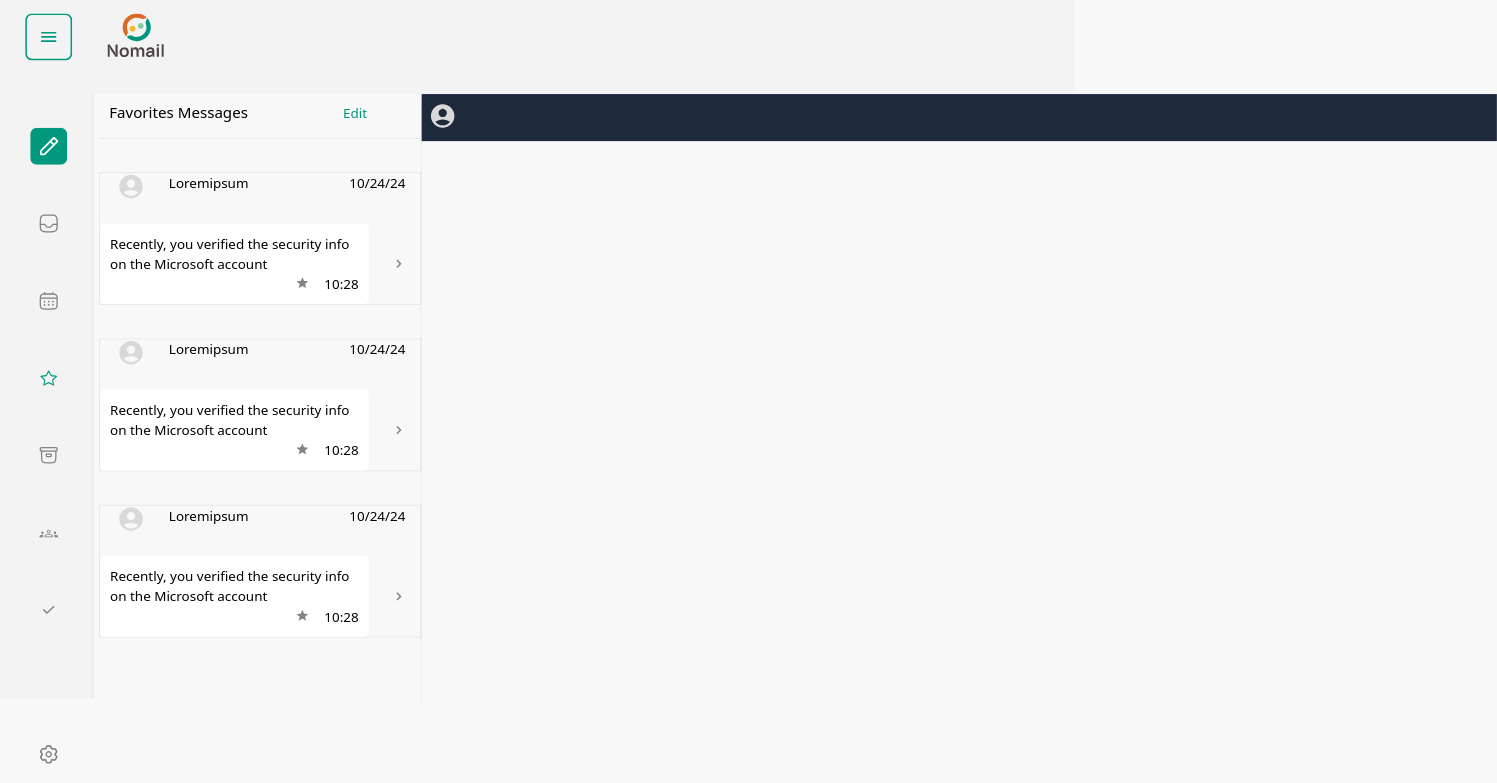
Repository: Tofigkh1/Nomail-Project
Page: /favorites (app in client/)
An editor plug-in stored every save of this project. The page is shown before and after a run of saves, followed by the edit.
The browser window is 1280 px wide. The page is 1782 px wide, so the pictures cover 1782 px, including what lies to the right of the window. The pictures show the whole page, at 84% of full size.
The project was rebuilt for these pictures with package versions that can differ from the ones it lists, and the page was loaded fresh each time. The framework's server and built-in components were replaced by stand-ins that run in the browser. Also part of the build but not shown: client/next.config.mjs, client/components/shared/svg/FavoritesSvg.jsx, client/components/shared/svg/calendarActiveSvg.jsx, client/components/shared/client/CheckBox/index.tsx.

Above is the page before, as saved 2024-11-22 02:57:58.

### client/app/layout.tsx

import type { Metadata } from "next";
import localFont from "next/font/local";
import "./Styles/globals.css";


const geistSans = localFont({
  src: "./fonts/GeistVF.woff",
  variable: "--font-geist-sans",
  weight: "100 900",
});
const geistMono = localFont({
  src: "./fonts/GeistMonoVF.woff",
  variable: "--font-geist-mono",
  weight: "100 900",
});

export const metadata: Metadata = {
  title: "Create Next App",
  description: "Generated by create next app",
};

export default function RootLayout({
  children,
}: Readonly<{
  children: React.ReactNode;
}>) {
  return (
    <html lang="en">
      <body
        className={`${geistSans.variable} ${geistMono.variable} antialiased`}
      >
        {children}

      </body>
    </html>
  );
}

### client/app/Styles/globals.css
@tailwind base;
@tailwind components;
@tailwind utilities;

body{
  background-color: #f8f8f8;
}

.App {
  font-family: sans-serif;
  text-align: center;
}


:root {
  --background: #ffffff;
  --foreground: #171717;
}

@media (prefers-color-scheme: dark) {
  :root {
    --background: #0a0a0a;
    --foreground: #ededed;
  }
}


@layer utilities {
  .text-balance {
    text-wrap: balance;
  }
}

### client/components/shared/client/Header/header.tsx
'use client';
import { useContext } from "react";
import { SidebarContext } from '../SideBarMenu/sideBarMenu'; // Import context
import NomailLogo from "@/components/shared/svg/headerlLogoSvg";
import HamburgerBtnSvg from "../../svg/hamburgerBtnSvg"



export default function Header() {

    const { expanded, setExpanded } = useContext(SidebarContext); // Access context

    return (
        <div className="flex items-center justify-between p-4 bg-headerColor text-white">
            <div className='w-auto h-20 flex gap-14'>

                <div>
                    <button onClick={() => setExpanded(!expanded)}
                            className="pl-3.5  hover:bg-clientButtonGreen w-14 h-11">
                        <HamburgerBtnSvg/>
                    </button>
                </div>

                <div>
                    <NomailLogo/>
                </div>


            </div>
        </div>
    );
}

### client/components/shared/client/SideBarMenu/sideBarMenu.tsx
'use client';
import React, {  useContext, ReactNode } from "react";
// import { ChevronFirst, ChevronLast } from "lucide-react";


export const SidebarContext = React.createContext<{ expanded: boolean; setExpanded: (expanded: boolean) => void; }>({
    expanded: false,
    setExpanded: () => {},
});

// Sidebar component now depends on context for state
export default function Sidebar({ children }: { children: ReactNode }) {
    const { expanded } = useContext(SidebarContext);

    return (
        <aside className="h-screen bg-headerColor">
            <nav
                className={`h-full flex flex-col bg-headerColor border-r border-whiteLight3 transition-all duration-200 ease-in-out ml-3 ${expanded ? "w-[127%] h-[130%] " : "w-[99px]"}`}>

                <ul className=" flex-1 px-3">{children}</ul>
            </nav>
        </aside>
    );
}

// SidebarItem component for individual items inside the sidebar
type SidebarItemProps = {
    icon: ReactNode;   // Icon to display in the sidebar item
    text: string;      // Text to display in the sidebar item
    active: boolean;   // Boolean to determine if the item is active (highlighted)
    onClick: () => void; // Add onClick function to handle clicks
    style?: React.CSSProperties;
};

export function SidebarItem({icon, text, active, onClick,style}: SidebarItemProps) {
    const context = useContext(SidebarContext); // Sidebar context to manage expanded/collapsed state
    const {expanded} = context!;

    return (

        <li
            onClick={onClick} // Attach the click handler here
            style={style}
            className={`group relative flex items-center py-2 px-3 my-1 font-medium rounded-md cursor-pointer transition-colors mt-8
                ${
                  active
                    ? "text-mainRedLight" // Active item style
                    : expanded || active // Eğer expanded true ise hover stilini ekle
                    ? "hover:bg-textColorGreen"
                    : "" // Expanded değilse hover stili olmasın
                }`}
        >

            <span className="text-xl transition-all duration-300 ease-in-out">
        {icon}
      </span>

            {/* Text büyütüldü ve boşluk artırıldı */}
            {expanded && (
                <span className="ml-4 text-xl text-black transition-all duration-300 ease-in-out ">
          {text}
        </span>
            )}


            {!expanded && (
                <span
                    className={` absolute left-full whitespace-nowrap bg-textColorGreen text-white rounded-md py-1 px-2 transition-all duration-300 ease-in-out ml-2 opacity-0 group-hover:opacity-100`}
                >
          {text}
        </span>
            )}
        </li>
    );
}

### client/components/shared/svg/newMail.jsx
'use client'
export default function  newMail(){
    return(
        <>
            <svg width="44" height="44" viewBox="0 0 44 44" fill="none" xmlns="http://www.w3.org/2000/svg">
                <rect width="44" height="44" rx="8" fill="#00987F"/>
                <path fill-rule="evenodd" clip-rule="evenodd"
                      d="M27.5115 11.2439C27.902 10.8534 28.5351 10.8534 28.9257 11.2438L33.1687 15.4863C33.3562 15.6739 33.4616 15.9282 33.4616 16.1935C33.4616 16.4587 33.3562 16.7131 33.1687 16.9006L17.6122 32.4571C17.4247 32.6446 17.1703 32.75 16.9051 32.75H12.6626C12.1103 32.75 11.6626 32.3023 11.6626 31.75V27.5075C11.6626 27.2423 11.768 26.9879 11.9555 26.8004L27.5115 11.2439ZM28.2187 13.3652L13.6626 27.9217V30.75H16.4909L31.0473 16.1935L28.2187 13.3652Z"
                      fill="white"/>
                <path fill-rule="evenodd" clip-rule="evenodd"
                      d="M23.269 15.4864C23.6595 15.0959 24.2927 15.0959 24.6832 15.4864L28.9257 19.7289C29.3162 20.1194 29.3162 20.7526 28.9257 21.1431C28.5352 21.5336 27.902 21.5336 27.5115 21.1431L23.269 16.9006C22.8784 16.5101 22.8784 15.8769 23.269 15.4864Z"
                      fill="white"/>
            </svg>


        </>
    )
}

### client/components/shared/svg/ArchiveSvg.jsx
'use client'
export default function archiveSvg(){
    return(
        <>
            <svg width="44" height="44" viewBox="0 0 44 44" fill="none" xmlns="http://www.w3.org/2000/svg">
                <path
                    d="M19 22C19 21.534 19 21.301 19.076 21.117C19.1777 20.8725 19.3723 20.6783 19.617 20.577C19.801 20.5 20.034 20.5 20.5 20.5H23.5C23.966 20.5 24.199 20.5 24.383 20.576C24.6275 20.6777 24.8217 20.8723 24.923 21.117C25 21.301 25 21.534 25 22C25 22.466 25 22.699 24.924 22.883C24.8223 23.1275 24.6277 23.3217 24.383 23.423C24.199 23.5 23.966 23.5 23.5 23.5H20.5C20.034 23.5 19.801 23.5 19.617 23.424C19.3725 23.3223 19.1783 23.1277 19.077 22.883C19 22.699 19 22.466 19 22Z"
                    stroke="#A4A4A9" stroke-width="1.5"/>
                <path
                    d="M19 22C19 21.534 19 21.301 19.076 21.117C19.1777 20.8725 19.3723 20.6783 19.617 20.577C19.801 20.5 20.034 20.5 20.5 20.5H23.5C23.966 20.5 24.199 20.5 24.383 20.576C24.6275 20.6777 24.8217 20.8723 24.923 21.117C25 21.301 25 21.534 25 22C25 22.466 25 22.699 24.924 22.883C24.8223 23.1275 24.6277 23.3217 24.383 23.423C24.199 23.5 23.966 23.5 23.5 23.5H20.5C20.034 23.5 19.801 23.5 19.617 23.424C19.3725 23.3223 19.1783 23.1277 19.077 22.883C19 22.699 19 22.466 19 22Z"
                    stroke="black" stroke-opacity="0.2" stroke-width="1.5"/>
                <path
                    d="M30.5 17V23C30.5 26.771 30.5 28.657 29.328 29.828C28.157 31 26.271 31 22.5 31H21.5C17.729 31 15.843 31 14.672 29.828C13.5 28.657 13.5 26.771 13.5 23V17"
                    stroke="#A4A4A9" stroke-width="1.5" stroke-linecap="round"/>
                <path
                    d="M30.5 17V23C30.5 26.771 30.5 28.657 29.328 29.828C28.157 31 26.271 31 22.5 31H21.5C17.729 31 15.843 31 14.672 29.828C13.5 28.657 13.5 26.771 13.5 23V17"
                    stroke="black" stroke-opacity="0.2" stroke-width="1.5" stroke-linecap="round"/>
                <path
                    d="M12 15C12 14.057 12 13.586 12.293 13.293C12.586 13 13.057 13 14 13H30C30.943 13 31.414 13 31.707 13.293C32 13.586 32 14.057 32 15C32 15.943 32 16.414 31.707 16.707C31.414 17 30.943 17 30 17H14C13.057 17 12.586 17 12.293 16.707C12 16.414 12 15.943 12 15Z"
                    stroke="#A4A4A9" stroke-width="1.5"/>
                <path
                    d="M12 15C12 14.057 12 13.586 12.293 13.293C12.586 13 13.057 13 14 13H30C30.943 13 31.414 13 31.707 13.293C32 13.586 32 14.057 32 15C32 15.943 32 16.414 31.707 16.707C31.414 17 30.943 17 30 17H14C13.057 17 12.586 17 12.293 16.707C12 16.414 12 15.943 12 15Z"
                    stroke="black" stroke-opacity="0.2" stroke-width="1.5"/>
            </svg>

        </>
    )
}

### client/components/shared/svg/TodoSvg.jsx
'use client'
export default function  todoSvg(){
    return(
        <>
            <svg width="44" height="44" viewBox="0 0 44 44" fill="none" xmlns="http://www.w3.org/2000/svg">
                <path d="M19.8957 27L15 22.2599L16.2239 21.0748L19.8957 24.6299L27.7761 17L29 18.185L19.8957 27Z"
                      fill="#A4A4A9"/>
                <path d="M19.8957 27L15 22.2599L16.2239 21.0748L19.8957 24.6299L27.7761 17L29 18.185L19.8957 27Z"
                      fill="black" fill-opacity="0.2"/>
            </svg>

        </>
    )
}

### client/components/shared/svg/FavoritesActiveSvg.jsx
'use client'
export default function  favoritesActiveSvg(){
    return(
        <>
        <svg width="44" height="44" viewBox="0 0 44 44" fill="none" xmlns="http://www.w3.org/2000/svg">
<path d="M15.5808 30.2201C15.4833 30.7528 16.0307 31.1692 16.5132 30.9316L22.0006 28.2246L27.4868 30.9316C27.9693 31.1692 28.5168 30.7528 28.4193 30.2213L27.3818 24.5457L31.7842 20.5188C32.1967 20.142 31.9842 19.4533 31.4317 19.3789L25.3093 18.5438L22.5794 13.3517C22.5274 13.2465 22.4453 13.1576 22.3428 13.0953C22.2402 13.0331 22.1214 13 22 13C21.8787 13 21.7598 13.0331 21.6573 13.0953C21.5547 13.1576 21.4727 13.2465 21.4206 13.3517L18.6907 18.545L12.5683 19.3801C12.0171 19.4545 11.8033 20.1432 12.2146 20.52L16.6182 24.5469L15.5808 30.2225V30.2201ZM21.7119 26.8999L17.1045 29.1725L17.972 24.4245C17.9928 24.3152 17.9852 24.2026 17.9496 24.0969C17.914 23.9911 17.8517 23.8955 17.7682 23.8185L14.1358 20.4948L19.2007 19.8037C19.3054 19.788 19.4046 19.7484 19.4901 19.6883C19.5756 19.6281 19.6448 19.5492 19.6919 19.4581L21.9981 15.0688L24.3068 19.4581C24.354 19.5492 24.4232 19.6281 24.5086 19.6883C24.5941 19.7484 24.6934 19.788 24.7981 19.8037L29.863 20.4936L26.2306 23.8173C26.1469 23.8944 26.0844 23.9903 26.0488 24.0962C26.0133 24.2022 26.0057 24.315 26.0268 24.4245L26.8943 29.1725L22.2869 26.8999C22.1979 26.8555 22.0991 26.8324 21.9988 26.8324C21.8985 26.8324 21.8009 26.8555 21.7119 26.8999Z" fill="#00987F"/>
</svg>



        </>
    )
}

### client/components/shared/client/FavoritesMessage/index.tsx
// import CheckboxComponent from "../CheckBox";
// import SearchIconSvg from "../../svg/SearchIconSvg";
import ProfileSvg from "../../../../components/shared/svg/ProfileSvg"
import MessageArrovSvg from "../../../../components/shared/svg/MessageArrovSvg"
import { useState } from "react";
import CheckboxComponent from "../CheckBox";
import StarSvg from "../../../../components/shared/svg/starSvg"


export default function FavoritesMessage() {
    const [editMode, setEditMode] = useState(false);

    const handleEditClick = () => {
        setEditMode(!editMode);
    };
    return (
        <>
            <div className='w-96 h-screen border-r border-whiteLight3 '>







                <div className='flex text-textColGreen font-medium justify-between mt-2'>
                <h1 className="text-black ml-3 text-lg">Favorites Messages</h1>
                <button className={ editMode? 'mr-12 bg-gray-400 rounded-lg w-16 h-8 text-white': 'mr-16' } onClick={handleEditClick}>
                            {editMode ? "Done" : "Edit"}
                        </button>
                </div>
                <div className="border-b border-whiteLight3 mt-4 w-full"></div>
                {[...Array(3)].map((_, index) => (
                        <div key={index}>
                <div className=" border border-r border-whiteLight3 mt-10">
                {editMode && <CheckboxComponent />}
                    <div className=" flex gap-36 ml-3">



                <div className=" flex gap-5">
                <ProfileSvg/>
                <div className=" flex">
                <h1>Lorem</h1>
                <h1>ipsum</h1>
                </div>


                </div>

                <div>
                <h1 className=" -ml-6">10/24/24</h1>
                </div>

                </div>


<div className=" mt-7 flex items-center ">
                <div className="  bg-white rounded-md w-80 h-24 p-3">
                    <p>Recently, you verified the security info on the Microsoft account </p>
                    <div className=" flex justify-end right-0 ml-7 gap-4">
                    <StarSvg/>
                    <h1>10:28</h1>
                    </div>



                </div>

                <div className="ml-5">
                    <MessageArrovSvg/>
                </div>

                </div>
                </div>
</div>
  ))}

                {/* <div className=" border border-whiteLight3 w-full pt-7 mt-5">

<div className=" flex gap-36 ml-3">



<div className=" flex gap-5">
<ProfileSvg/>
<h1>Lorem Ipsum</h1>

</div>

<div>
<h1 className="">10/24/24</h1>
</div>

</div>


<div className=" mt-7 flex items-center ">
<div className="  bg-white rounded-md w-80 h-24 p-3">
<p>Recently, you verified the security info on the Microsoft account </p>
</div>

<div className="ml-5">
<MessageArrovSvg/>
</div>

</div>
</div>


<div className=" border border-whiteLight3 w-full pt-7 mt-5">

<div className=" flex gap-36 ml-3">



<div className=" flex gap-5">
<ProfileSvg/>
<h1>Lorem Ipsum</h1>

</div>

<div>
<h1 className="">10/24/24</h1>
</div>

</div>


<div className=" mt-7 flex items-center ">
<div className="  bg-white rounded-md w-80 h-24 p-3">
<p>Recently, you verified the security info on the Microsoft account </p>
</div>

<div className="ml-5">
<MessageArrovSvg/>
</div>

</div>
</div> */}

            </div>
        </>
    );
}

### client/components/shared/client/messagesView/index.tsx
"use client";

import ProfileSvg from "../../svg/ProfileSvg";


export default function MessagesView() {



    return(

        <div>

        <header>
            <div className=" top-0 w-screen h-14 bg-slate-800">

                <div className=" pt-2.5">
                <ProfileSvg/>
                </div>

            </div>
        </header>


        </div>

    )

}

### client/components/shared/svg/hamburgerBtnSvg.jsx
'use client'
export default function  HamburgerBtnSvg(){
    return(
        <>
            <svg width="56" height="56" viewBox="0 0 56 56" fill="none" xmlns="http://www.w3.org/2000/svg">
                <rect x="1" y="1" width="54" height="54" rx="7" stroke="#00987F" stroke-width="2"/>
                <path d="M19 22H37V24H19V22ZM19 27H37V29H19V27ZM19 32H37V34H19V32Z" fill="#00987F"/>
            </svg>


        </>
    )
}

### client/components/shared/svg/ProfileSvg.jsx
'use client'
export default function  ProfileSvg(){
    return(
        <>


            <svg width="50" height="32" viewBox="0 0 32 32" fill="none" xmlns="http://www.w3.org/2000/svg">
<g clip-path="url(#clip0_1904_19120)">
<path fill-rule="evenodd" clip-rule="evenodd" d="M16 2C8.2678 2 2 8.2678 2 16C2 23.7322 8.2678 30 16 30C23.7322 30 30 23.7322 30 16C30 8.2678 23.7322 2 16 2ZM11.1 12.5C11.1 11.8565 11.2267 11.2193 11.473 10.6249C11.7192 10.0304 12.0802 9.49018 12.5352 9.03518C12.9902 8.58017 13.5304 8.21924 14.1249 7.97299C14.7193 7.72674 15.3565 7.6 16 7.6C16.6435 7.6 17.2807 7.72674 17.8751 7.97299C18.4696 8.21924 19.0098 8.58017 19.4648 9.03518C19.9198 9.49018 20.2808 10.0304 20.527 10.6249C20.7733 11.2193 20.9 11.8565 20.9 12.5C20.9 13.7996 20.3838 15.0459 19.4648 15.9648C18.5459 16.8838 17.2996 17.4 16 17.4C14.7004 17.4 13.4541 16.8838 12.5352 15.9648C11.6162 15.0459 11.1 13.7996 11.1 12.5ZM24.7612 22.9776C23.7129 24.2955 22.3805 25.3597 20.8635 26.0908C19.3465 26.8219 17.684 27.2011 16 27.2C14.316 27.2011 12.6535 26.8219 11.1365 26.0908C9.61949 25.3597 8.28713 24.2955 7.2388 22.9776C9.5082 21.3494 12.605 20.2 16 20.2C19.395 20.2 22.4918 21.3494 24.7612 22.9776Z" fill="#D9D9D9"/>
</g>
<defs>
<clipPath id="clip0_1904_19120">
<rect width="32" height="32" fill="white"/>
</clipPath>
</defs>
</svg>


        </>
    )
}

### client/components/shared/svg/MessageArrovSvg.jsx
'use client'
export default function  MessageArrovSvg(){
    return(
        <>




            <svg width="32" height="32" viewBox="0 0 32 32" fill="none" xmlns="http://www.w3.org/2000/svg">
<path fill-rule="evenodd" clip-rule="evenodd" d="M14.2 11L19 16L14.2 21L13 19.75L16.6 16L13 12.25L14.2 11Z" fill="#A4A4A9"/>
<path fill-rule="evenodd" clip-rule="evenodd" d="M14.2 11L19 16L14.2 21L13 19.75L16.6 16L13 12.25L14.2 11Z" fill="black" fill-opacity="0.2"/>
</svg>

        </>
    )
}

### client/components/shared/svg/starSvg.jsx
'use client'
export default function  starSvg(){
    return(
        <>




<svg width="20" height="20" viewBox="0 0 20 20" fill="none" xmlns="http://www.w3.org/2000/svg">
<path d="M5.6775 17L6.815 12.1934L3 8.96053L8.04 8.53289L10 4L11.96 8.53289L17 8.96053L13.185 12.1934L14.3225 17L10 14.4513L5.6775 17Z" fill="#A4A4A9"/>
<path d="M5.6775 17L6.815 12.1934L3 8.96053L8.04 8.53289L10 4L11.96 8.53289L17 8.96053L13.185 12.1934L14.3225 17L10 14.4513L5.6775 17Z" fill="black" fill-opacity="0.2"/>
</svg>

        </>
    )
}

### client/tailwind.config.ts
import type { Config } from "tailwindcss";

const config: Config = {
  content: [
    "./pages/**/*.{js,ts,jsx,tsx,mdx}",
    "./components/**/*.{js,ts,jsx,tsx,mdx}",
    "./app/**/*.{js,ts,jsx,tsx,mdx}",
  ],
  theme: {
    extend: {
      colors: {
        background: "var(--background)",
        foreground: "var(--foreground)",
        headerColor: "#F3F3F3",
        textColorGreen: "#00987F",
        textGray: "#A4A4A9",
        sideBarColor: "#E5E5E5",
        textColGreen: "#00987F",
        bordersColor: "#D1D1D6"
      },
    },
  },
  plugins: [],
};
export default config;

Loaded but not shown: client/components/shared/svg/settingSvg.jsx (25 lines, source omitted); client/components/shared/svg/calendarSvg.jsx (31 lines, source omitted); client/components/shared/svg/InboxSvg.jsx (17 lines, source omitted); client/components/shared/svg/groupSvg.jsx (17 lines, source omitted); client/app/favorites/page.tsx (120 lines, source omitted); client/components/shared/svg/headerlLogoSvg.jsx (38 lines, source omitted)

After the next 3 saves:
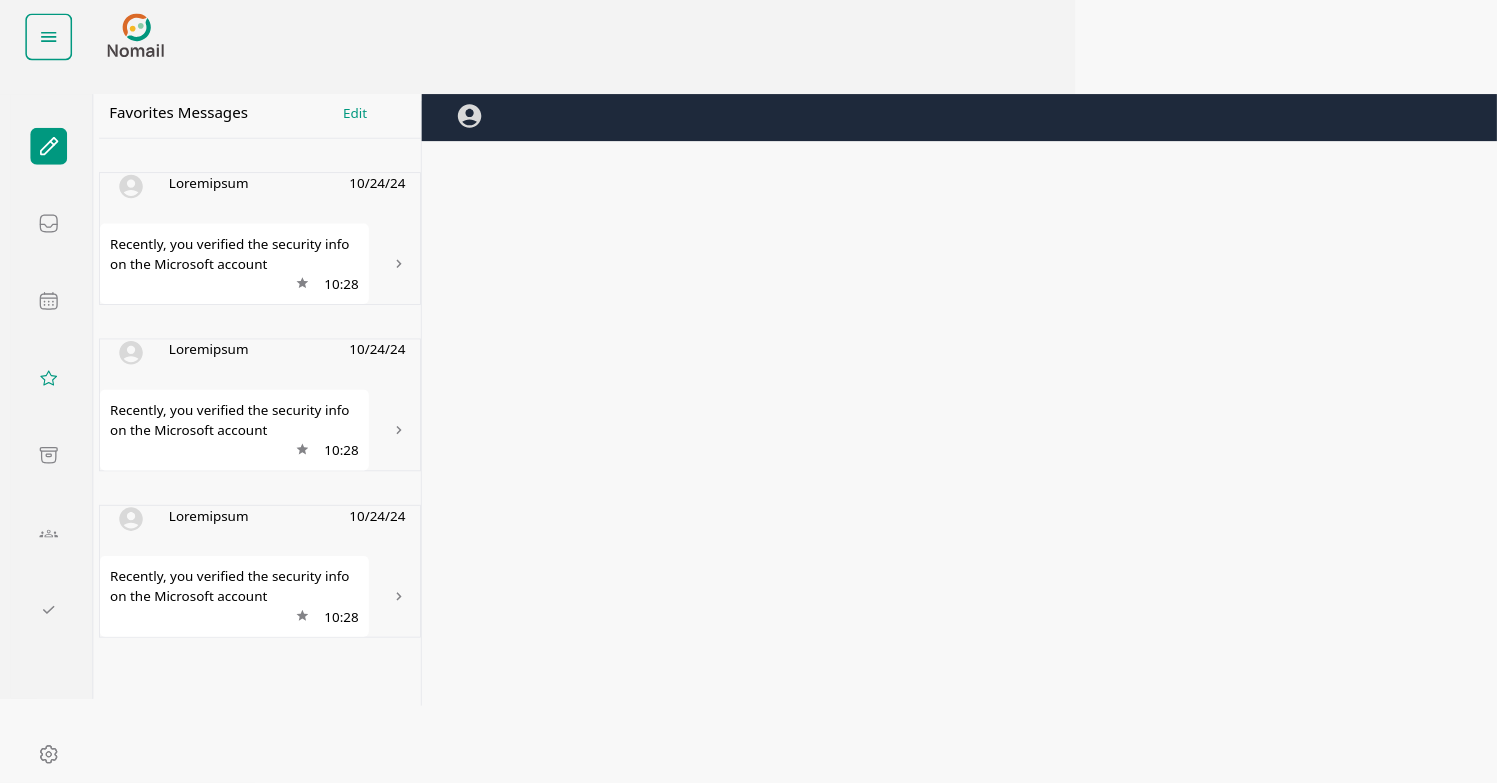
The 3 saves are shown as one change because they came seconds apart.
The last was saved 14 s later.
--- a/client/components/shared/client/messagesView/index.tsx
+++ b/client/components/shared/client/messagesView/index.tsx
@@ -14,7 +14,7 @@ export default function MessagesView() {
         <header>
             <div className=" top-0 w-screen h-14 bg-slate-800">
 
-                <div className=" pt-2.5">
+                <div className=" pt-2.5 ml-8">
                 <ProfileSvg/>
                 </div>
 
